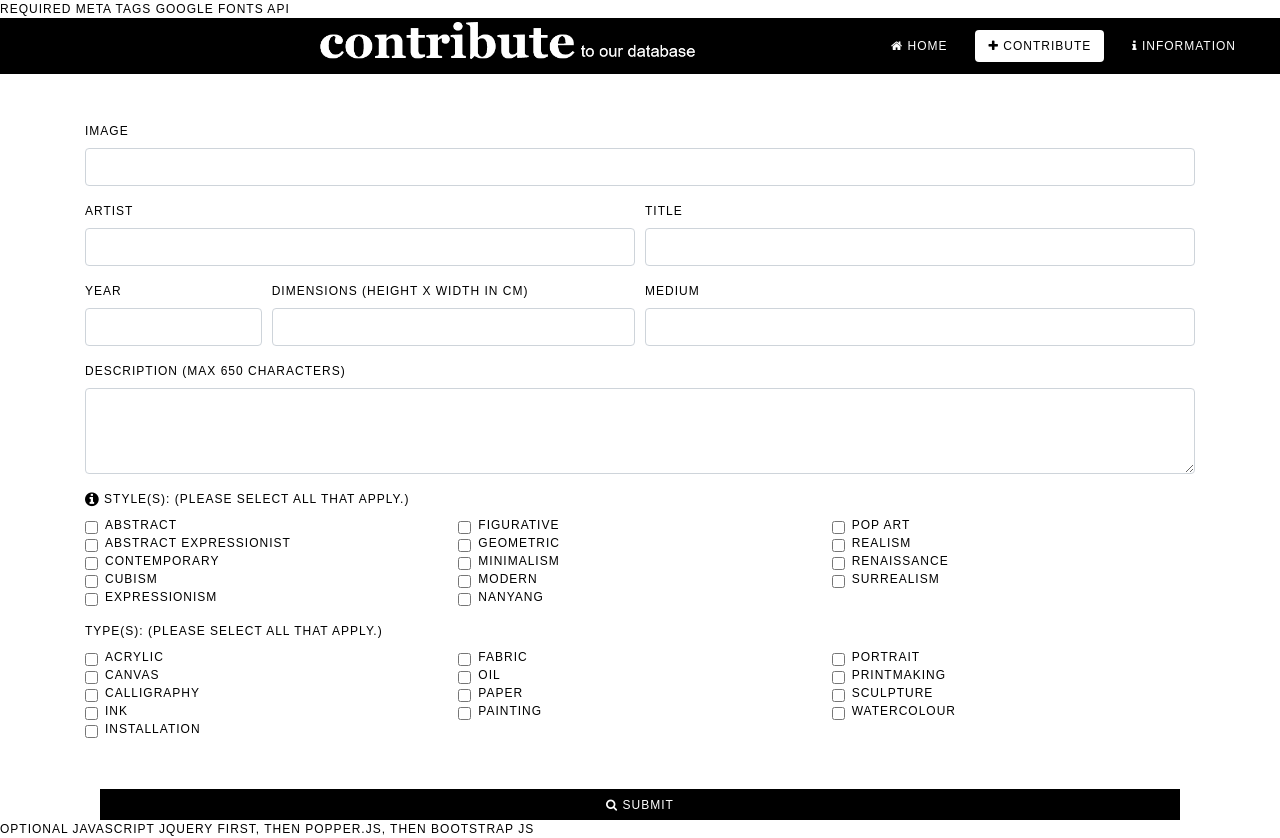
Repository: lynette-lyf/artwork-inventory
Page: http://localhost/add-artwork
The author's editor kept a record of every edit. The page is drawn from the files as they stood at one moment, then again after the next edit.
The browser window is 1280 px wide. The pictures show the whole page.
The page is served by the project's application, run on Flask 3 (app.py).

Above is the page before.

### templates/add_artwork.template.html
<!doctype html>
<html lang="en">
  <head>
     Required meta tags
    <meta charset="utf-8">
    <meta name="viewport" content="width=device-width, initial-scale=1, shrink-to-fit=no">

     <!--Bootstrap CSS -->
    <link rel="stylesheet" href="https://stackpath.bootstrapcdn.com/bootstrap/4.3.1/css/bootstrap.min.css" integrity="sha384-ggOyR0iXCbMQv3Xipma34MD+dH/1fQ784/j6cY/iJTQUOhcWr7x9JvoRxT2MZw1T" crossorigin="anonymous">
     <!--Font Awesome CSS -->
    <link href="https://maxcdn.bootstrapcdn.com/font-awesome/4.7.0/css/font-awesome.min.css" rel="stylesheet"/>
     Google Fonts API
    <link href="https://fonts.googleapis.com/css?family=Work+Sans:300,600,800&display=swap" rel="stylesheet">
    <link rel="stylesheet" type="text/css" href="/static/css/style.css">

    <title>Contribute an artwork</title>
  <style>
       body {
    font-family: Arial;
    font-size: 12px;
    color: black;
    text-transform: uppercase;
    letter-spacing:1px;
}

::-webkit-scrollbar {
  width: 5px;
  height: 5px;
  border-left: 0;
  background: white;
}

::-webkit-scrollbar-track {
  background: white;
}

::-webkit-scrollbar-thumb {
  background: black;
  border-radius: 0;
}

.navbar-default {
    background-color: black;
}


#logo {
    position: absolute;
    z-index:1;
    top:-3px;

}

#contribute {
  font-family: Arial;
    color: black;
    text-decoration: none;
    text-transform: uppercase;
    font-size: 12px;
    letter-spacing:1px;
    background-color: white;
    margin-right:15px;
}

#home, #information {
    font-family: Arial;
    color: white;
    text-decoration: none;
    text-transform: uppercase;
    font-size: 12px;
    letter-spacing:1px;
    background-color: black;
    margin-right:15px;
}

#submit {
    font-family: Arial;
    color: white;
    text-decoration: none;
    text-transform: uppercase;
    font-size: 12px;
    letter-spacing:1px;
    background-color: black;
    width:100%;
}

#home:hover, #information:hover, #submit:hover {
    background-color: white;
    color:black;
}

#info-style {
  color:black;
}

#info-style:hover {
  color:grey;
}



@media (max-width: 994px) {
    .img-fluid {
        max-width:100%
    }

    #home {
        margin-top:2rem;
    }
}

@media screen and (min-width: 995px) {
    .navbar-nav {
        align-items: end;
    }

    .img-fluid {
        max-height:500px;
        max-width:500px
    }
}

  </style>

  </head>


  <body>


    <img id="logo" style="max-height:100px;" src="/static/img/contribute-artwork.png"/>

<nav class="navbar navbar-expand-lg navbar-default">
  <a class="navbar-brand" href="#">&nbsp;</a>
  <button class="navbar-toggler" type="button" data-toggle="collapse" data-target="#navbarSupportedContent" aria-controls="navbarSupportedContent" aria-expanded="false" aria-label="Toggle navigation">
    <span class="navbar-toggler-icon"> <i class="fa fa-bars" style="color:#fff; font-size:28px;"></i></span>
  </button>

  <div class="collapse navbar-collapse justify-content-end" id="navbarSupportedContent">
    <ul class="navbar-nav">
      <li class="nav-item">
          <a href="/" id="home" class="btn btn-default"><i class="fa fa-home"></i>    Home</a>
      </li>
      <li class="nav-item">
          <div id="contribute" class="btn btn-default" aria-disabled="true"><i class="fa fa-plus"></i>    Contribute</div>
      </li>
      <li class="nav-item">
        <a href="information/artstyles" id="information" class="btn btn-default"><i class="fa fa-info"></i>    Information</a>
      </li>
    </ul>

        </div>
  </div>
</nav>


















    <div class='container'>

        <form class='form pt-5' method="POST">


          <div class='form-row'>
              <div class='col-12 mb-3'>
                <label>Image</label>
                <input type='text' class='form-control' name='image' required/>
            </div>



            <div class='col-6 mb-3'>
                <label>Artist</label>
                <input type='text' class='form-control' name='artist' required/>
            </div>
            <div class='col-6 mb-3'>
                <label>Title</label>
                <input type='text' class='form-control' name='title' required/>
            </div>
          </div>

          <div class='form-row'>
            <div class='col-2 mb-3'>
                <label>Year</label>
                <input type='number' class='form-control' maxlength='4' min='1000' max='2019' name='year' required/>
            </div>
            <div class='col-4 mb-3'>
                <label>Dimensions (height x width in cm)</label>
                <input type='text' class='form-control' name='dimensions' required/>
            </div>
            <div class='col-6 mb-3'>
                <label>Medium</label>
                <input type='text' class='form-control' name='medium' required/>
            </div>
          </div>

            <div class='form-group'>
                <label>Description (max 650 characters)</label>
                <textarea class="form-control" rows="3" name='description'></textarea>
            </div>

          <div class='form-row'>
            <div class='col-12'>
           <label><a href='information/artstyles'><i id="info-style" class="fa fa-info-circle fa-lg" aria-hidden="true"></i></a>  Style(s): (Please select all that apply.)</label>
           </div>
           </div>

            <div class='form-row'>
            <div class='col-4'>



            <div class="form-check">
            <input class="form-check-input" type='checkbox' value='Abstract' id="type" name="type">
            <label class="form-check-label" for="Abstract">Abstract</label>
            </div>

            <div class="form-check">
            <input class="form-check-input" type='checkbox' value='Abstract Expressionist' id="type" name="type">
            <label class="form-check-label" for="Abstract Expressionist">Abstract Expressionist</label>
            </div>

            <div class="form-check">
            <input class="form-check-input" type='checkbox' value='Contemporary' id="type" name="type">
            <label class="form-check-label" for="Contemporary">Contemporary</label>
            </div>

            <div class="form-check">
            <input class="form-check-input" type='checkbox' value='Cubism' id="type" name="type">
            <label class="form-check-label" for="Cubism">Cubism</label>
            </div>

            <div class="form-check">
            <input class="form-check-input" type='checkbox' value='Expressionism' id="type" name="type">
            <label class="form-check-label" for="Expressionism">Expressionism</label>
            </div>

            </div>

            <div class='col-4'>

            <div class="form-check">
            <input class="form-check-input" type='checkbox' value='Figurative' id="type" name="type">
            <label class="form-check-label" for="Figurative">Figurative</label>
            </div>

            <div class="form-check">
            <input class="form-check-input" type='checkbox' value='Geometric' id="type" name="type">
            <label class="form-check-label" for="Geometric">Geometric</label>
            </div>

            <div class="form-check">
            <input class="form-check-input" type='checkbox' value='Minimalism' id="type" name="type">
            <label class="form-check-label" for="Minimalism">Minimalism</label>
            </div>

            <div class="form-check">
            <input class="form-check-input" type='checkbox' value='Modern' id="type" name="type">
            <label class="form-check-label" for="Modern">Modern</label>
            </div>

            <div class="form-check">
            <input class="form-check-input" type='checkbox' value='Nanyang' id="type" name="type">
            <label class="form-check-label" for="Nanyang">Nanyang</label>
            </div>

            </div>

            <div class='col-4'>

            <div class="form-check">
            <input class="form-check-input" type='checkbox' value='Pop Art' id="type" name="type">
            <label class="form-check-label" for="Pop Art">Pop Art</label>
            </div>

            <div class="form-check">
            <input class="form-check-input" type='checkbox' value='Realism' id="type" name="type">
            <label class="form-check-label" for="Realism">Realism</label>
            </div>

            <div class="form-check">
            <input class="form-check-input" type='checkbox' value='Renaissance' id="type" name="type">
            <label class="form-check-label" for="Renaissance">Renaissance</label>
            </div>

            <div class="form-check">
            <input class="form-check-input" type='checkbox' value='Surrealism' id="type" name="type">
            <label class="form-check-label" for="Surrealism">Surrealism</label>
            </div>




            </div>
            </div>

            <div class='form-row'>
            <div class='col-12 pt-3'>

           <label>Type(s): (Please select all that apply.)</label>
           </div>
           </div>

            <div class='form-row pb-5'>
            <div class='col-4'>

            <div class="form-check">
            <input class="form-check-input" type='checkbox' value='Acrylic' id="type" name="type">
            <label class="form-check-label" for="Acrylic">Acrylic</label>
            </div>

            <div class="form-check">
            <input class="form-check-input" type='checkbox' value='Canvas' id="type" name="type">
            <label class="form-check-label" for="Canvas">Canvas</label>
            </div>

            <div class="form-check">
            <input class="form-check-input" type='checkbox' value='Calligraphy' id="type" name="type">
            <label class="form-check-label" for="Calligraphy">Calligraphy</label>
            </div>

            <div class="form-check">
            <input class="form-check-input" type='checkbox' value='Ink' id="type" name="type">
            <label class="form-check-label" for="Ink">Ink</label>
            </div>

            <div class="form-check">
            <input class="form-check-input" type='checkbox' value='Installation' id="type" name="type">
            <label class="form-check-label" for="Installation">Installation</label>
            </div>

            </div>

            <div class='col-4'>

            <div class="form-check">
            <input class="form-check-input" type='checkbox' value='Fabric' id="type" name="type">
            <label class="form-check-label" for="Fabric">Fabric</label>
            </div>

            <div class="form-check">
            <input class="form-check-input" type='checkbox' value='Oil' id="type" name="type">
            <label class="form-check-label" for="Oil">Oil</label>
            </div>

            <div class="form-check">
            <input class="form-check-input" type='checkbox' value='Paper' id="type" name="type">
            <label class="form-check-label" for="Paper">Paper</label>
            </div>

            <div class="form-check">
            <input class="form-check-input" type='checkbox' value='Painting' id="type" name="type">
            <label class="form-check-label" for="Painting">Painting</label>
            </div>

            </div>

            <div class='col-4'>

            <div class="form-check">
            <input class="form-check-input" type='checkbox' value='Portrait' id="type" name="type">
            <label class="form-check-label" for="Portrait">Portrait</label>
            </div>

            <div class="form-check">
            <input class="form-check-input" type='checkbox' value='Printmaking' id="type" name="type">
            <label class="form-check-label" for="Printmaking">Printmaking</label>
            </div>

            <div class="form-check">
            <input class="form-check-input" type='checkbox' value='Sculpture' id="type" name="type">
            <label class="form-check-label" for="Sculpture">Sculpture</label>
            </div>

            <div class="form-check">
            <input class="form-check-input" type='checkbox' value='Watercolour' id="type" name="type">
            <label class="form-check-label" for="Watercolour">Watercolour</label>
            </div>

            </div>
            </div>



          <div class="col-12 text-center">
             <button type="submit" id="submit" class="btn btn-default">
                <i class="fa fa-search"></i>    Submit
              </button>
          </div>
        </form>
    </div>

      Optional JavaScript
     jQuery first, then Popper.js, then Bootstrap JS
    <script src="https://code.jquery.com/jquery-3.3.1.slim.min.js" integrity="sha384-q8i/X+965DzO0rT7abK41JStQIAqVgRVzpbzo5smXKp4YfRvH+8abtTE1Pi6jizo" crossorigin="anonymous"></script>
    <script src="https://cdnjs.cloudflare.com/ajax/libs/popper.js/1.14.7/umd/popper.min.js" integrity="sha384-UO2eT0CpHqdSJQ6hJty5KVphtPhzWj9WO1clHTMGa3JDZwrnQq4sF86dIHNDz0W1" crossorigin="anonymous"></script>
    <script src="https://stackpath.bootstrapcdn.com/bootstrap/4.3.1/js/bootstrap.min.js" integrity="sha384-JjSmVgyd0p3pXB1rRibZUAYoIIy6OrQ6VrjIEaFf/nJGzIxFDsf4x0xIM+B07jRM" crossorigin="anonymous"></script>
  </body>
</html>

### app.py
from flask import Flask, render_template, request, redirect, url_for, flash
import os
from bson import ObjectId
import re

import pymongo

MONGO_URI = os.getenv('MONGO_URI')
DATABASE_NAME = 'artworksAndConsigners'

conn = pymongo.MongoClient(MONGO_URI)

def get_connection():
    conn = pymongo.MongoClient(MONGO_URI)
    return conn

app = Flask(__name__)

# READ**************************************************************************

@app.route('/')
def index():
    search_terms = request.args.get('search-by')
    filter = request.args.getlist('filter')

    all_styles = ['Abstract', 'Abstract Expressionist', 'Contemporary', 'Cubism', 'Expressionism', 'Figurative', 'Geometric', 'Minimalism', 'Modern', 'Nanyang', 'Pop Art', 'Realism', 'Renaissance', 'Surrealism']
    all_types = ['Acrylic', 'Canvas', 'Calligraphy', 'Ink', 'Installation', 'Fabric', 'Oil', 'Paper', 'Painting', 'Portrait', 'Printmaking', 'Sculpture', 'Watercolour']

    search_criteria = {}
    print (search_criteria)
    if search_terms is not None and search_terms is not "":
        search_criteria["title"] = re.compile(r'{}'.format(search_terms), re.I)

    if len(filter) > 0:
        search_criteria['all_styles', 'all_types'] = {
            '$all' : filter
        }

    print (search_criteria)

    if search_terms is None:
        search_terms = ""

    conn = get_connection()
    artworksAndConsigners = conn[DATABASE_NAME]['artworksAndConsigners'].find(search_criteria)
    return render_template('index.template.html', results=artworksAndConsigners, search_terms=search_terms, filter=filter, all_styles=all_styles, all_types=all_types)

# CREATE************************************************************************

@app.route('/add-artwork')
def show_add_artwork_form():
    return render_template('add_artwork.template.html')

@app.route('/add-artwork', methods=['POST'])
def process_add_artwork_form():
    image = request.form.get('image')
    artist = request.form['artist']
    title = request.form['title']
    year = request.form['year']
    dimensions = request.form['dimensions']
    medium = request.form['medium']
    description = request.form['description']
    type = request.form.getlist('type')

    conn = get_connection()
    conn[DATABASE_NAME]['artworksAndConsigners'].insert({
        "image" : image,
        "artist" : artist,
        "title" : title,
        "year" : year,
        "dimensions" : dimensions,
        "medium" : medium,
        "description" : description,
        "type" : type
    })

    return redirect("/")

# UPDATE************************************************************************

@app.route('/edit-artwork/<artwork_id>')
def show_edit_artwork_form(artwork_id):
    conn = get_connection()
    artwork = conn[DATABASE_NAME]['artworksAndConsigners'].find_one({
        '_id': ObjectId(artwork_id)
    })

    results = artwork['type']
    all_styles = ['Abstract', 'Abstract Expressionist', 'Contemporary', 'Cubism', 'Expressionism', 'Figurative', 'Geometric', 'Minimalism', 'Modern', 'Nanyang', 'Pop Art', 'Realism', 'Renaissance', 'Surrealism']
    all_types = ['Acrylic', 'Canvas', 'Calligraphy', 'Ink', 'Installation', 'Fabric', 'Oil', 'Paper', 'Painting', 'Portrait', 'Printmaking', 'Sculpture', 'Watercolour']

    return render_template('edit_artwork.template.html', artworksAndConsigners=artwork,
    selected_type=results, all_styles=all_styles, all_types=all_types)

@app.route("/edit-artwork/<artwork_id>", methods=['POST'])
def process_edit_artwork_form(artwork_id):
    image = request.form.get('image')
    artist = request.form['artist']
    title = request.form['title']
    year = request.form['year']
    dimensions = request.form['dimensions']
    medium = request.form['medium']
    description = request.form['description']
    type = request.form.getlist('type')

    conn = get_connection()
    conn[DATABASE_NAME]["artworksAndConsigners"].update({
        '_id': ObjectId(artwork_id)
    }, {
       "image" : image,
        "artist" : artist,
        "title" : title,
        "year" : year,
        "dimensions" : dimensions,
        "medium" : medium,
        "description" : description,
        "type": type
    })

    return redirect("/")

# FAVOURITE FUNCTION************************************************************

@app.route('/button', methods=["POST"])
def button(artwork_id):
    votes = request.form.get('votes')

    if request.method == "POST":
        votes += 1  # Note this increment here.
    print (votes)
    conn = get_connection()
    conn[DATABASE_NAME]["artworksAndConsigners"].update({
        '_id': ObjectId(artwork_id)
    }, {
        "votes": votes
    })
    return redirect("/", votes=votes)





# DELETE************************************************************************

@app.route('/confirm-delete-artwork/<artwork_id>')
def confirm_delete_artwork(artwork_id):

    artwork = conn[DATABASE_NAME]["artworksAndConsigners"].find_one({
        '_id': ObjectId(artwork_id)
    }, {
        "image" : 1,
        "artist" : 1,
        "title" : 1,
        "year" : 1,
        "dimensions" : 1,
        "medium" : 1,
        "description" : 1,
        "type": 1
    })

    return render_template('confirm_delete_artwork.template.html', artworksAndConsigners=artwork)

@app.route('/delete-artwork/<artwork_id>')
def delete_artwork(artwork_id):
    conn[DATABASE_NAME]["artworksAndConsigners"].delete_one({
        '_id': ObjectId(artwork_id)
    })

    return redirect('/')

# INFORMATION FOR ART STYLES****************************************************
@app.route('/information/artstyles')
def art_style():
    conn = get_connection()
    styles = conn[DATABASE_NAME]['artstyles'].find()
    return render_template('artstyles.template.html', results=styles)


# "magic code" -- boilerplate
if __name__ == '__main__':
    app.run(host=os.environ.get('IP'),
    port=int(os.environ.get('PORT')),
    debug=True)

### static/css/style.css
body {
    font-family: Arial;
    font-size: 15px;
    color: black;
}

::-webkit-scrollbar {
  width: 5px;
  height: 5px;
  border-left: 0;
  background: white;
}

::-webkit-scrollbar-track {
  background: white;
}

::-webkit-scrollbar-thumb {
  background: black;
  border-radius: 0;
}

.navbar-default {
    background-color: black;
}


#logo {
    position: absolute;
    z-index:1;
    top:-4px;
}

#home, #contribute, #information {
    font-family: Arial;
    color: white;
    text-decoration: none;
    text-transform: uppercase;
    font-size: 12px;
    letter-spacing:1px;
    background-color: black;
    margin-right:15px;
}

#submit {
    font-family: Arial;
    color: white;
    text-decoration: none;
    text-transform: uppercase;
    font-size: 12px;
    letter-spacing:1px;
    background-color: grey;
    margin-right:15px;
    border-radius:0px;
    height:31px;
    margin-top:3px;
}
#home:hover, #contribute:hover, #information:hover, #submit:hover {
    background-color: white;
    color:black;
}

#search-by {
    border-radius:0px;
    font-family: Arial;
    font-weight:bold;
    color: black;
    text-transform: uppercase;
    font-size: 12px;
    margin-top:3px;
    border-width:0px;
}

#caret-dropdown {
    color:grey;
    background-color:white;
    height:31px;
    margin-top:3px;
}

.dropdown.dropdown-lg .dropdown-menu {
    margin-top: -1px;
    padding: 4px 15px;
}

.btn-group .btn {
    border-radius: 0;
    margin-left: -1px;
}
.form-horizontal .form-group {
    margin-left: 0;
    margin-right: 0;
}

@media (max-width: 994px) {
    .img-fluid {
        max-width:100%
    }

    #home {
        margin-top:2rem;
    }
}

@media screen and (min-width: 995px) {
    .navbar-nav {
        align-items: end;
    }

    #boot-search-box {
        width: 500px;
        margin: 0 auto;
    }
    .dropdown.dropdown-lg {
        position: static !important;
    }
    .dropdown.dropdown-lg .dropdown-menu {
        min-width: 500px;
    }

    .img-fluid {
        max-height:500px;
        max-width:500px
    }
}

.artist {
    font-family: 'Work Sans', sans-serif;
    font-weight: 800;
    text-transform: uppercase;
    font-size: 3vh;
    line-height:10%;
    margin-top:15px;
}

.title {
    font-style: italic;
    font-family: 'Work Sans', sans-serif;
    font-weight: 600;
    text-transform: uppercase;
    font-size: 1.8vh;
    margin-right: 2px;
    line-height:10%;
}

.year {
    font-style: italic;
    font-family: 'Work Sans', sans-serif;
    font-weight: 400;
    font-size: 1.8vh;
    margin-right: 2px;
}

.medium, .dimensions {
    letter-spacing: 1px;
    margin-bottom:0px;
}

.description {
    text-align: justify;
    margin-top: 20px;
}

.tag-label {
    text-transform: uppercase;
    font-weight: bold;
    margin-bottom: 0px;
}

.tags {
    text-transform: uppercase;
    font-size: 12px;
    margin-top: 0px;
}

.action {
    text-decoration: none;
    color: black;
    font-family: Arial;
    text-transform: uppercase;
    font-size: 10px;
    margin:5px;
}

.action:hover {
    color:white;
    background-color:black;
    border-radius:0px;
    border-width:0px;;
}

After the next edit:
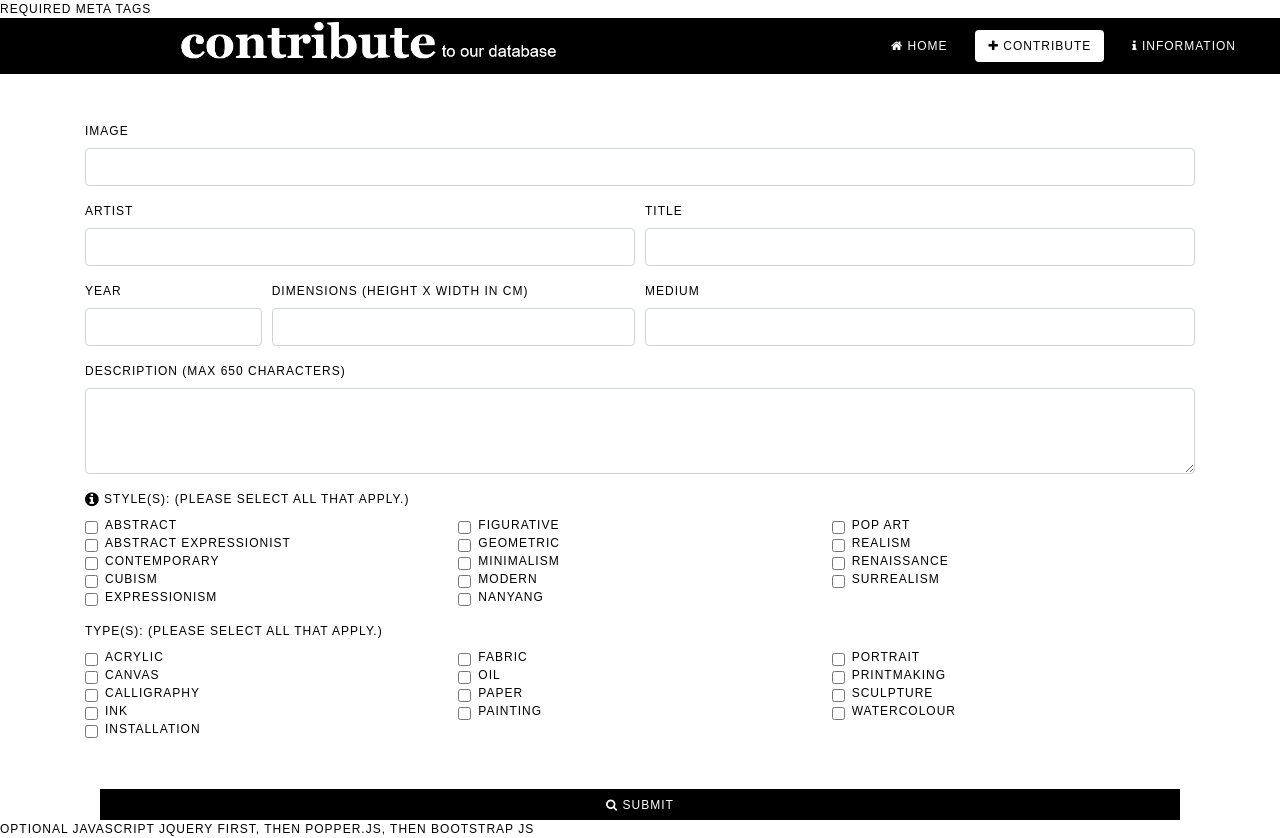
The edit:
--- a/templates/add_artwork.template.html
+++ b/templates/add_artwork.template.html
@@ -9,7 +9,7 @@
     <link rel="stylesheet" href="https://stackpath.bootstrapcdn.com/bootstrap/4.3.1/css/bootstrap.min.css" integrity="sha384-ggOyR0iXCbMQv3Xipma34MD+dH/1fQ784/j6cY/iJTQUOhcWr7x9JvoRxT2MZw1T" crossorigin="anonymous">
      <!--Font Awesome CSS -->
     <link href="https://maxcdn.bootstrapcdn.com/font-awesome/4.7.0/css/font-awesome.min.css" rel="stylesheet"/>
-     Google Fonts API
+     <!--Google Fonts API -->
     <link href="https://fonts.googleapis.com/css?family=Work+Sans:300,600,800&display=swap" rel="stylesheet">
     <link rel="stylesheet" type="text/css" href="/static/css/style.css">
 
